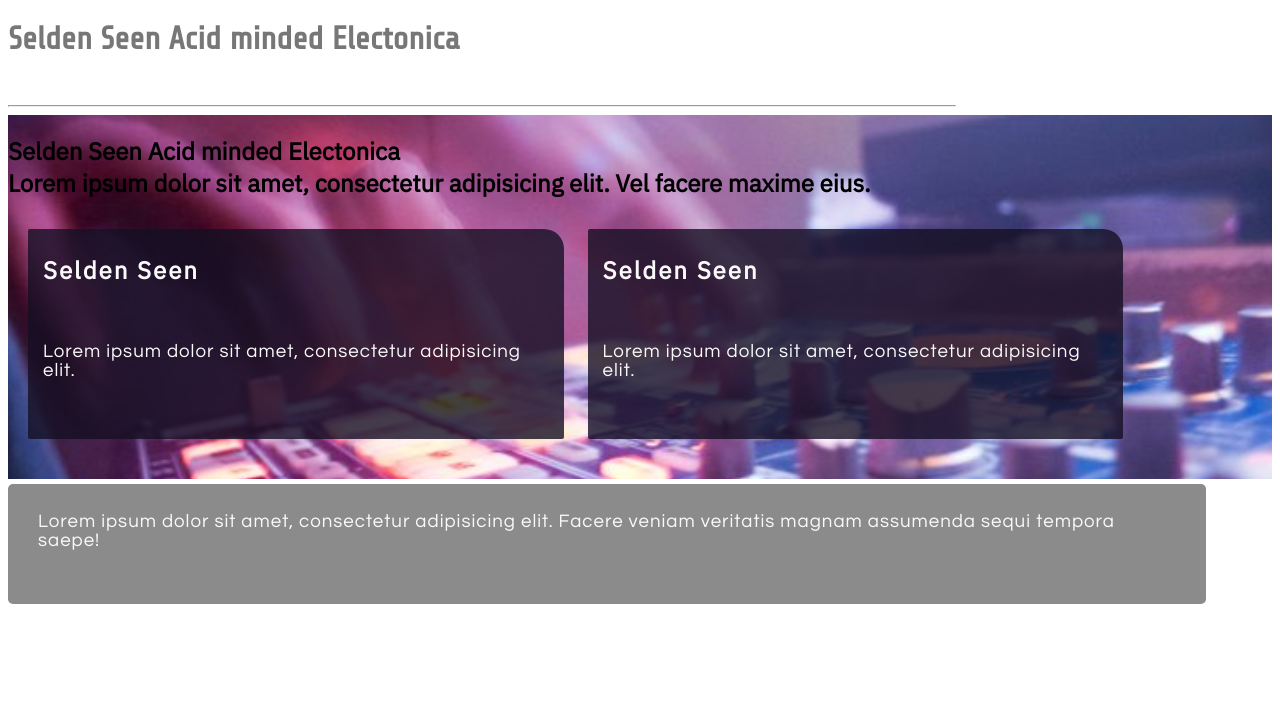
Repository: josvelema/milestone
Page: index.html
The author's editor kept a record of every edit. The page is drawn from the files as they stood at one moment, then again after the next edit.
The browser window is 1280 px wide. The pictures show the whole page.
Backgrounds fixed to the window are drawn as part of the page.

Above is the page before.

### index.html
<!DOCTYPE html>
<html lang="en">

<head>
    <meta charset="UTF-8">
    <meta name="viewport" content="width=device-width, initial-scale=1.0">
    <meta http-equiv="X-UA-Compatible" content="ie=edge">
    <link href="https://fonts.googleapis.com/css?family=IBM+Plex+Sans|Questrial|Share+Tech&display=swap" rel="stylesheet">
    <link href="CSS/style.css" rel="stylesheet" type="text/css">
    <title>Selden Seen</title>
</head>

<body>
    <header class="head">
        <h1> Selden Seen Acid minded Electonica<br>
        </h1>

        <br>
        <Hr>
    </header>
    <section>
        <div class="hero-image">
            <aside>
                <h2> Selden Seen Acid minded Electonica
            <br> Lorem ipsum dolor sit amet, consectetur adipisicing elit. Vel facere maxime eius.</h2>

            <div class="callout">
                <h2>Selden Seen</h2>
                <br>
                <h3>Lorem ipsum dolor sit amet, consectetur adipisicing elit.</h3>
            </div>
            <div class="callout">
                <h2>Selden Seen</h2>
                <br>
                <h3>Lorem ipsum dolor sit amet, consectetur adipisicing elit.</h3>
            </div>

            </aside>
        </div>
    </section>
    <br>
    <footer>
    <div class="foot"><h3>Lorem ipsum dolor sit amet, consectetur adipisicing elit. Facere veniam veritatis magnam assumenda sequi tempora saepe!</h3></div>
    </footer>
</body>

</html>

### CSS/style.css
@import url('https://fonts.googleapis.com/css?family=IBM+Plex+Sans|Questrial|Share+Tech&display=swap');

h1 {
    font-family: 'Share Tech', sans-serif;
}


h3 {
    font-family: 'Questrial', sans-serif;
    font-weight:300;
    letter-spacing: 1px;
}

h2 {
    font-family: 'IBM Plex Sans', sans-serif;
}
.head {
    background-color:transparent;
    width:75%;
    color: #777777;
}
.hero-image{
    background: url("../img/emxheroimage.jpg")no-repeat center center fixed;
    background-position: relative;
    background-repeat: no-repeat;
    background-size: cover;
    min-height: 360px;
    transition: all 5s ease-in-out;
    -moz-transition: all .5s ease-in-out;
    -webkit-transition: all .5s ease-in-out;
    background-color: rgba(0,0,0,0.5);
     width:100%;
      float: left;

    }



.callout {
        font-family: 'Share Tech', sans-serif;
        color: #fafafa;
        letter-spacing: 2px;
        font-weight:300;
        width:40%;
        height:200px;
        margin-top: 10px;
        margin-left:20px;
        margin-bottom: 40px;
        padding:5px 15px 5px 15px;
        background-color: rgba(20,15,35,0.8);
        border-top-right-radius: 20px;
        border-top-left-radius: 2px;
        border-bottom-left-radius: 2px;
        border-bottom-right-radius: 2px;
        display: inline-block;
}

.foot {
    width: 90%;
    height: 100px;
    background-color: rgba(25,25,25,0.5);
    color: #fafafa;
    border-radius: 5px 5px;
    border-color: #777777;
    position: relative;
    float: left;
    margin:5px auto;
    padding: 10px 30px 10px 30px;

}

After the next edit:
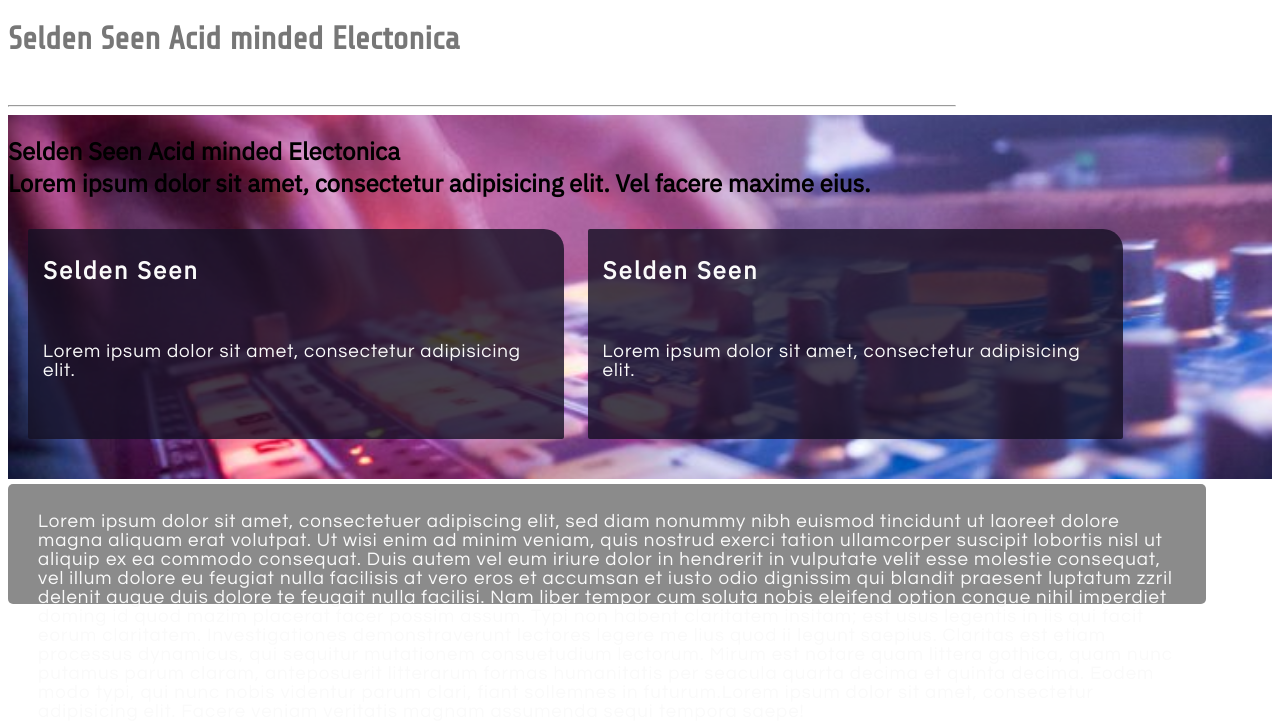
The edit:
--- a/index.html
+++ b/index.html
@@ -40,7 +40,26 @@
     </section>
     <br>
     <footer>
-    <div class="foot"><h3>Lorem ipsum dolor sit amet, consectetur adipisicing elit. Facere veniam veritatis magnam assumenda sequi tempora saepe!</h3></div>
+    <div class="foot"><h3>Lorem ipsum dolor sit amet, consectetuer adipiscing elit,
+    sed diam nonummy nibh euismod tincidunt ut laoreet dolore
+    magna aliquam erat volutpat. Ut wisi enim ad minim veniam,
+    quis nostrud exerci tation ullamcorper suscipit lobortis nisl
+    ut aliquip ex ea commodo consequat. Duis autem vel eum iriure
+    dolor in hendrerit in vulputate velit esse molestie consequat,
+    vel illum dolore eu feugiat nulla facilisis at vero eros et
+    accumsan et iusto odio dignissim qui blandit praesent luptatum
+    zzril delenit augue duis dolore te feugait nulla facilisi.
+    Nam liber tempor cum soluta nobis eleifend option congue
+    nihil imperdiet doming id quod mazim placerat facer possim
+    assum. Typi non habent claritatem insitam; est usus legentis
+    in iis qui facit eorum claritatem. Investigationes
+    demonstraverunt lectores legere me lius quod ii legunt saepius.
+    Claritas est etiam processus dynamicus, qui sequitur mutationem
+    consuetudium lectorum. Mirum est notare quam littera gothica,
+    quam nunc putamus parum claram, anteposuerit litterarum formas
+    humanitatis per seacula quarta decima et quinta decima. Eodem
+    modo typi, qui nunc nobis videntur parum clari, fiant sollemnes
+    in futurum.Lorem ipsum dolor sit amet, consectetur adipisicing elit. Facere veniam veritatis magnam assumenda sequi tempora saepe!</h3></div>
     </footer>
 </body>
 
